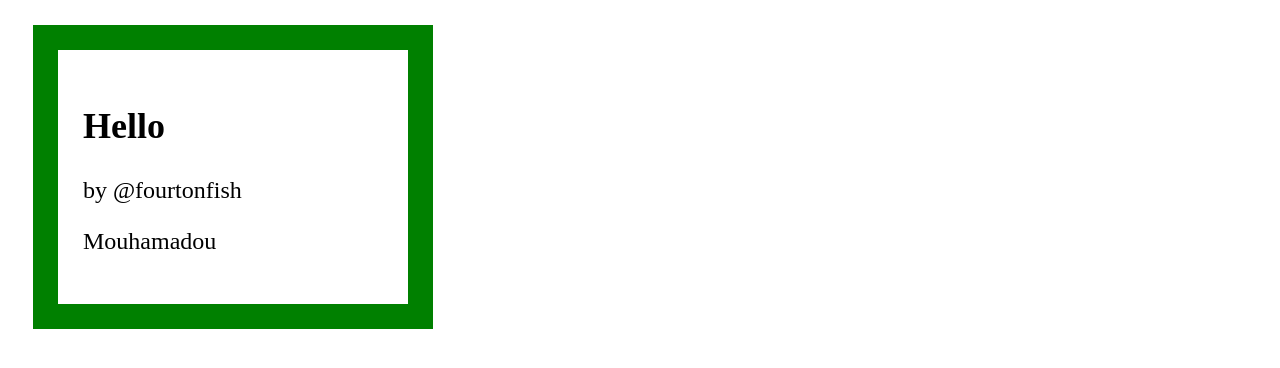
Repository: Grimlock123/starwear
Page: 1.html
The author's editor kept a record of every edit. The page is drawn from the files as they stood at one moment, then again after the next edit.
The browser window is 1280 px wide. The pictures show the whole page.
The page's requests for data from a server got no answer.

Above is the page before.
Console error: TypeError: Cannot set properties of null (setting 'innerHTML')

After the next edit:
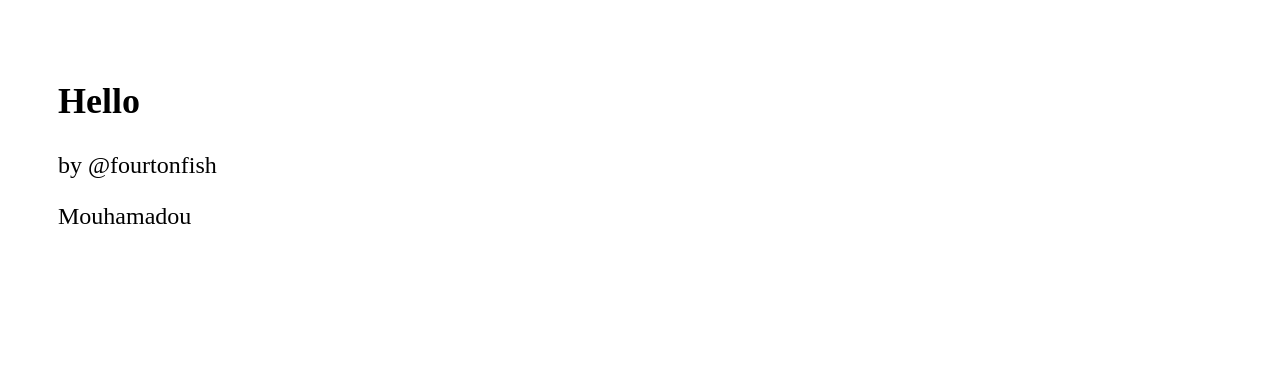
The edit:
--- a/1.css
+++ b/1.css
@@ -3,7 +3,7 @@
 }
 #section{
     width: 300px;
-    border: 25px solid green;
+    border: 25px;
     padding: 25px;
     margin: 25px;
 }
